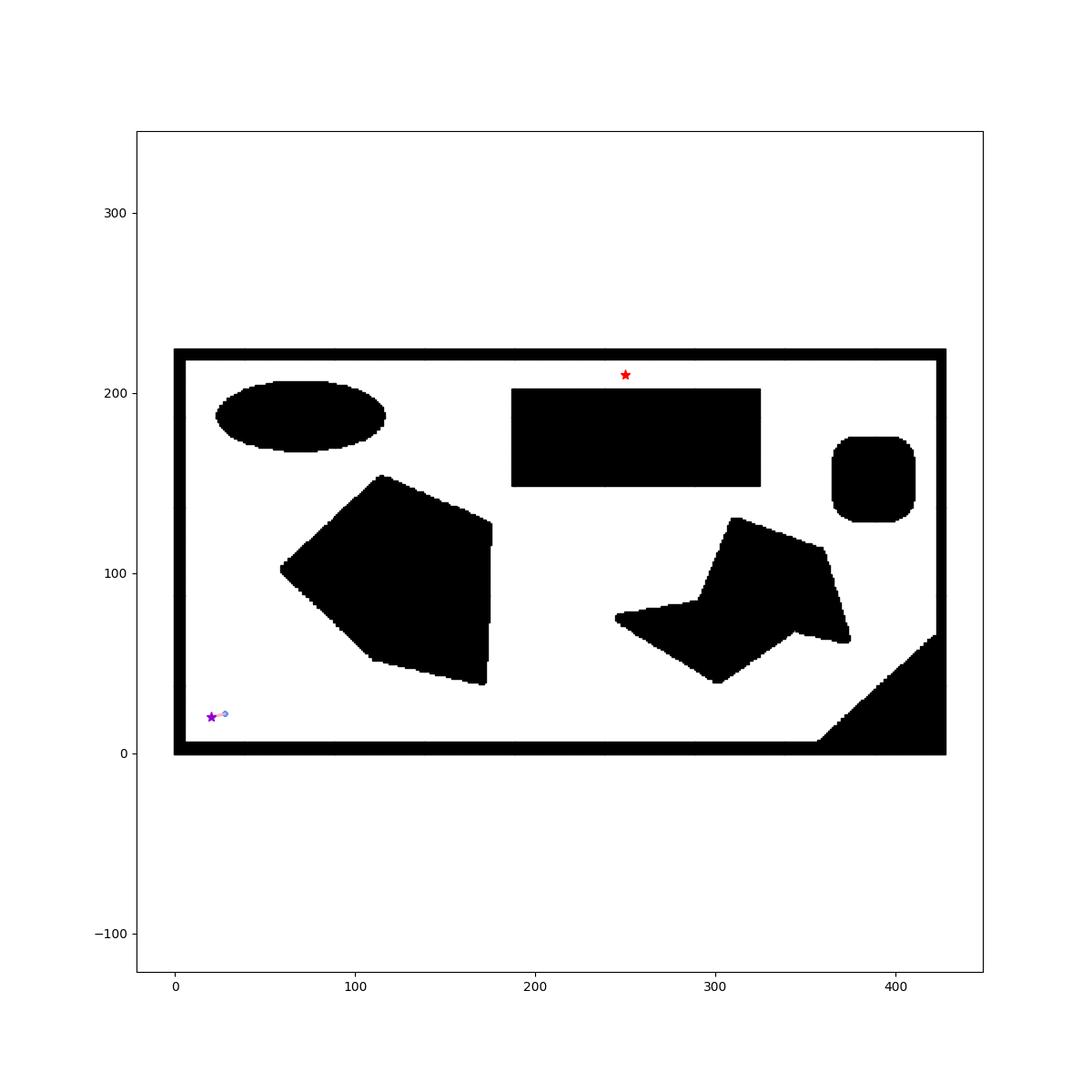
Repository: BaoL067/Pnc-Learning
Script's output: python sampling_based_planner/rrt_star.py
The author's editor kept a copy of each file at every save. The script's output is drawn from the files as they stood at one save, then again after the next save.
The pictures are shown at 91% of full size.
Animations are shown at an early frame. Random numbers start from a fixed seed. It also reads sampling_based_planner/maps/map3.png.

Above is the script's output before, as saved 2024-10-06 15:47:01.

After the next save:
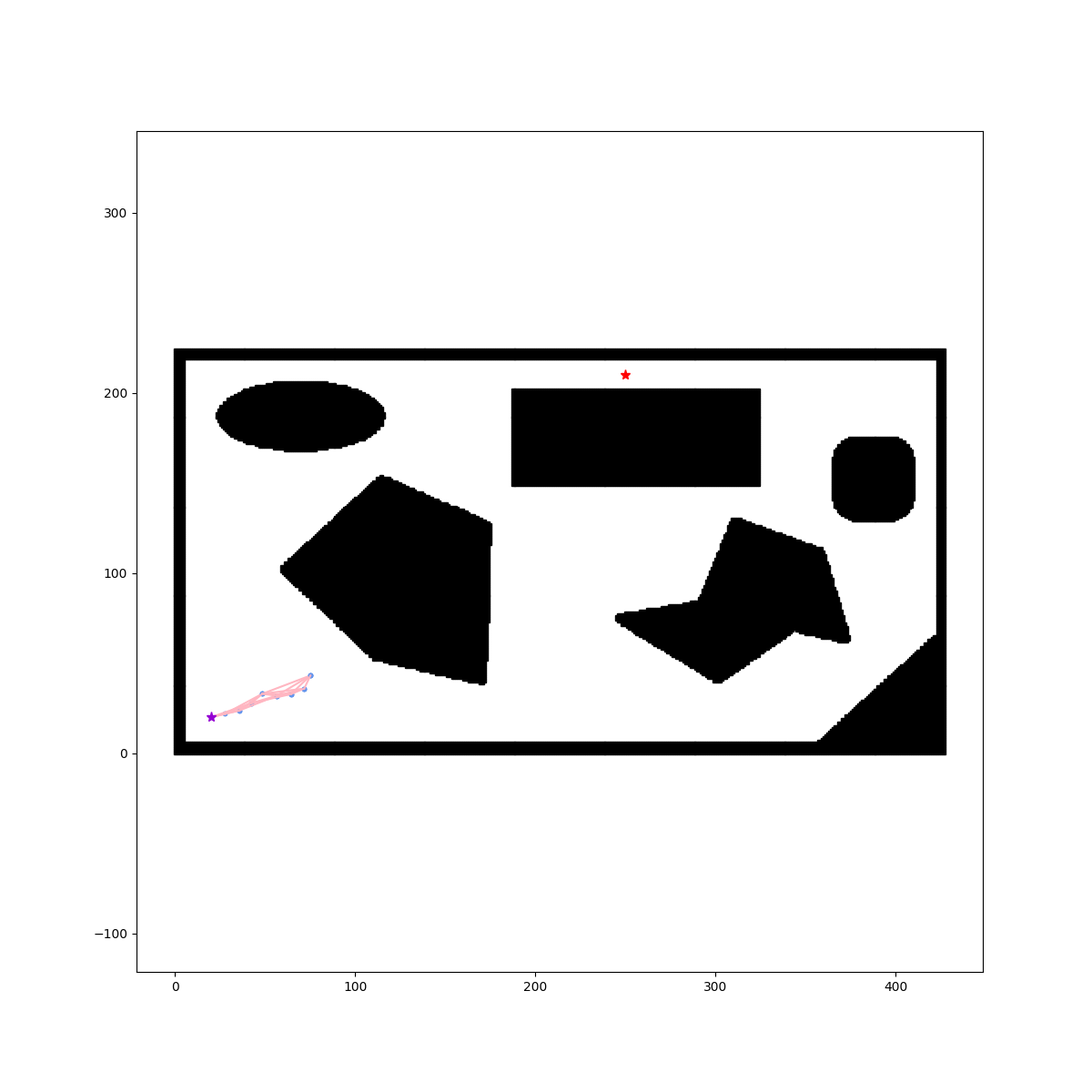
Saved 8 s later.
--- a/sampling_based_planner/rrt_star.py
+++ b/sampling_based_planner/rrt_star.py
@@ -90,7 +90,7 @@ class RRTStar:
                 near_nodes = [node for node in self.node_list if math.hypot(node.x - new_node.x, node.y - new_node.y) <= self.near_nodes_dist_threshold]
                 while near_nodes:
                     optimal_node = min(near_nodes, key=lambda node: node.cost + math.hypot(node.x - new_node.x, node.y - new_node.y))
-
+                    near_nodes.remove(optimal_node)
                     self.rewire(new_node, optimal_node)
                     self.draw_node_and_edge(new_node)
                 # # while near_nodes:
